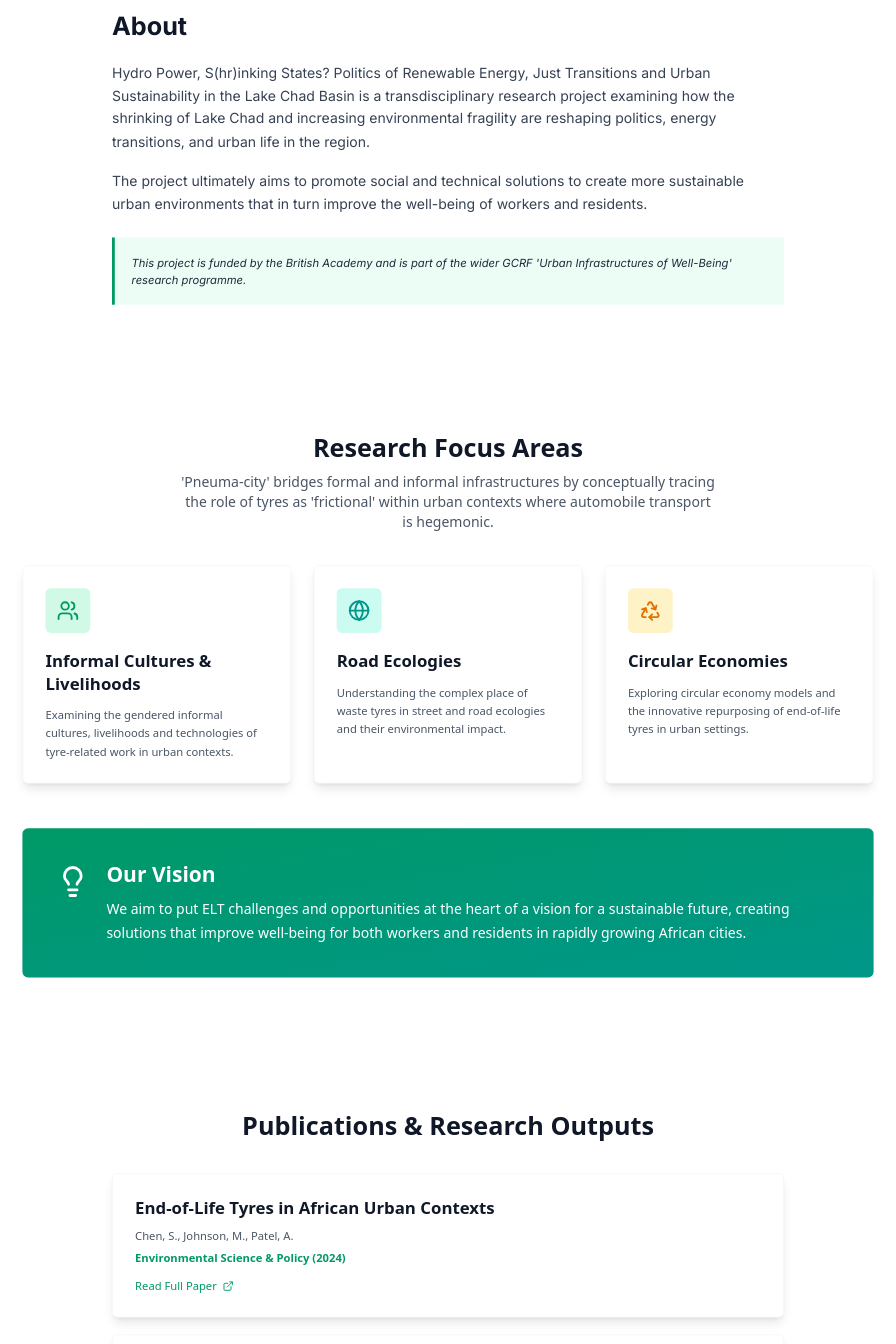
Repository: tiossdav/codesria
Page: /
The author's editor kept a copy of each file at every save. The page is drawn from the files as they stood at one save, then again after the next save.
The browser window is 1280 px wide. The pictures show the part of the page from y = 855 to 2775 px (the page is 5218 px tall before and 5251 px after), at 70% of full size.
The project was rebuilt for these pictures with package versions that can differ from the ones it lists, and the page was loaded fresh each time. Also part of the build but not shown: vite.config.ts.

Above is the page before, as saved 2025-11-19 17:07:29.

After the next save:
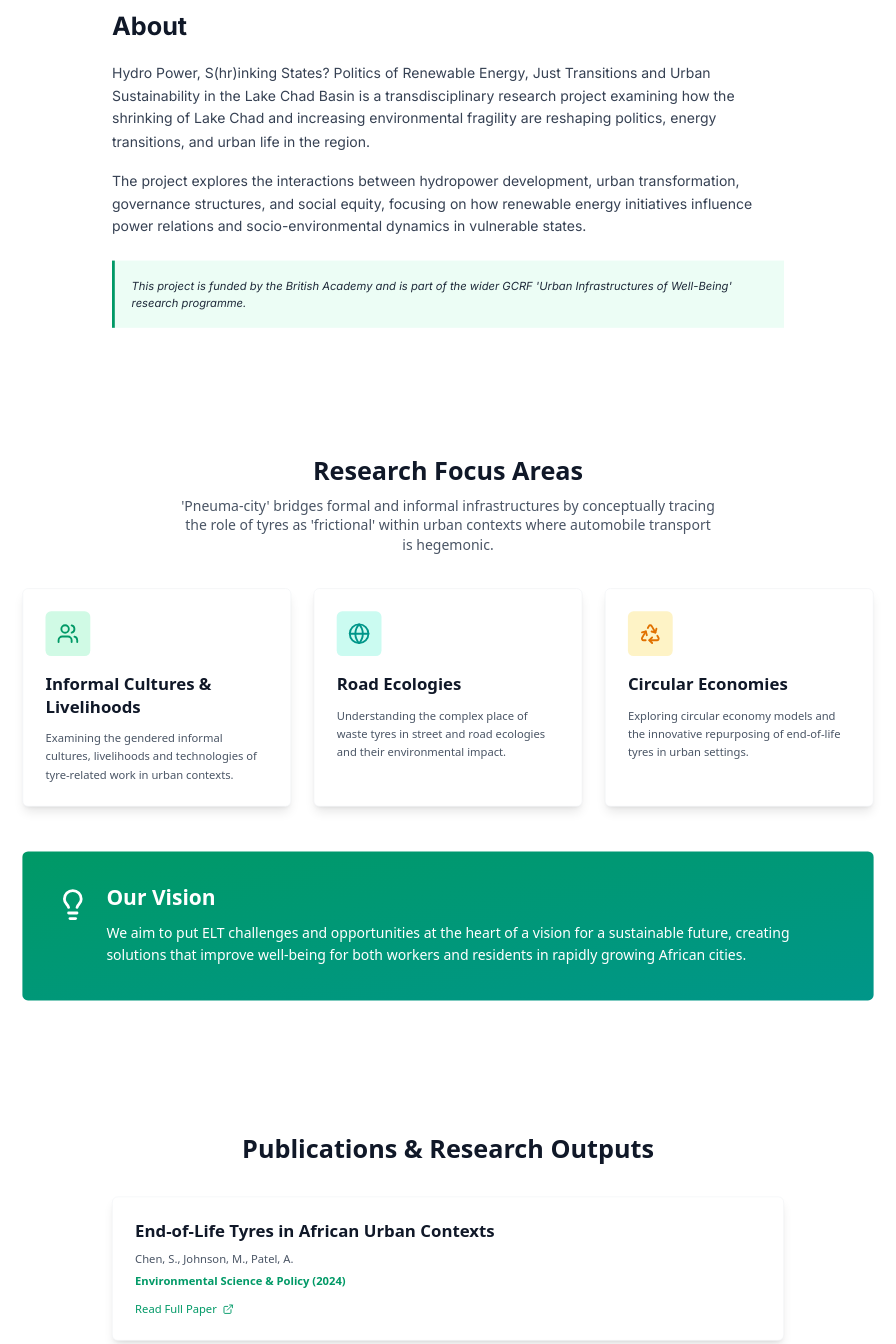
Saved 44 s later.
--- a/src/pages/About.tsx
+++ b/src/pages/About.tsx
@@ -11,9 +11,10 @@ function About() {
           energy transitions, and urban life in the region.
         </p>
         <p className="text-xl text-gray-700 leading-relaxed mb-8">
-          The project ultimately aims to promote social and technical solutions
-          to create more sustainable urban environments that in turn improve the
-          well-being of workers and residents.
+          The project explores the interactions between hydropower development,
+          urban transformation, governance structures, and social equity,
+          focusing on how renewable energy initiatives influence power relations
+          and socio-environmental dynamics in vulnerable states.
         </p>
 
         <div className="bg-emerald-50 border-l-4 border-emerald-600 p-6 my-8">
